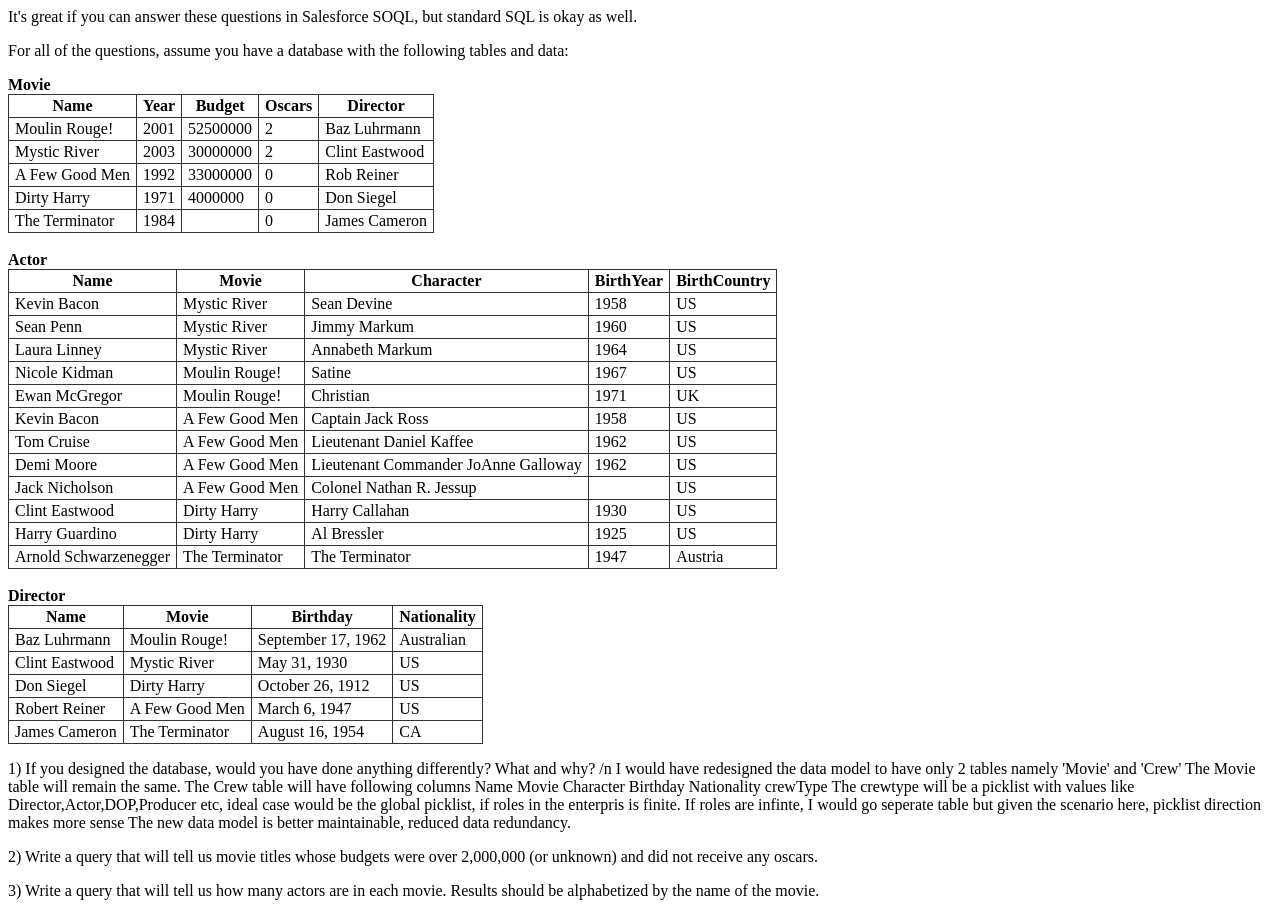
Repository: akhil33/AFFRM
Page: AFFIRM-NON-SFDC/Database.html
An editor plug-in stored every save of this project. The page is shown before and after the next save, followed by the edit.
The browser window is 1280 px wide. The pictures show the whole page.

Above is the page before, as saved 2022-04-07 16:20:29.

### AFFIRM-NON-SFDC/Database.html
<html>
	<head>
		<style type="text/css">
			table { border-collapse: collapse; border: solid 1px black; }
			td, th { border: solid 1px #333; padding: 2px 6px; }
		</style>
	</head>

	<body>
		<p>It's great if you can answer these questions in Salesforce SOQL, but standard SQL is okay as well.</p>

		<p>For all of the questions, assume you have a database with the following tables and data:</p>

		<b>Movie</b>
		<table>
			<tr>
				<th>Name</th>
				<th>Year</th>
				<th>Budget</th>
				<th>Oscars</th>
				<th>Director</th>
			</tr>
			<tr>
				<td>Moulin Rouge!</td>
				<td>2001</td>
				<td>52500000</td>
				<td>2</td>
				<td>Baz Luhrmann</td>
			</tr>
			<tr>
				<td>Mystic River</td>
				<td>2003</td>
				<td>30000000</td>
				<td>2</td>
				<td>Clint Eastwood</td>
			</tr>
			<tr>
				<td>A Few Good Men</td>
				<td>1992</td>
				<td>33000000</td>
				<td>0</td>
				<td>Rob Reiner</td>
			</tr>
			<tr>
				<td>Dirty Harry</td>
				<td>1971</td>
				<td>4000000</td>
				<td>0</td>
				<td>Don Siegel</td>
			</tr>
			<tr>
				<td>The Terminator</td>
				<td>1984</td>
				<td></td>
				<td>0</td>
				<td>James Cameron</td>
			</tr>
		</table>

		<br/>
		<b>Actor</b>
		<table>
			<tr>
				<th>Name</th>
				<th>Movie</th>
				<th>Character</th>
				<th>BirthYear</th>
				<th>BirthCountry</th>
			</tr>
			<tr>
				<td>Kevin Bacon</td>
				<td>Mystic River</td>
				<td>Sean Devine</td>
				<td>1958</td>
				<td>US</td>
			</tr>
			<tr>
				<td>Sean Penn</td>
				<td>Mystic River</td>
				<td>Jimmy Markum</td>
				<td>1960</td>
				<td>US</td>
			</tr>
			<tr>
				<td>Laura Linney</td>
				<td>Mystic River</td>
				<td>Annabeth Markum</td>
				<td>1964</td>
				<td>US</td>
			</tr>
			<tr>
				<td>Nicole Kidman</td>
				<td>Moulin Rouge!</td>
				<td>Satine</td>
				<td>1967</td>
				<td>US</td>
			</tr>
			<tr>
				<td>Ewan McGregor</td>
				<td>Moulin Rouge!</td>
				<td>Christian</td>
				<td>1971</td>
				<td>UK</td>
			</tr>
			<tr>
				<td>Kevin Bacon</td>
				<td>A Few Good Men</td>
				<td>Captain Jack Ross</td>
				<td>1958</td>
				<td>US</td>
			</tr>
			<tr>
				<td>Tom Cruise</td>
				<td>A Few Good Men</td>
				<td>Lieutenant Daniel Kaffee</td>
				<td>1962</td>
				<td>US</td>
			</tr>
			<tr>
				<td>Demi Moore</td>
				<td>A Few Good Men</td>
				<td>Lieutenant Commander JoAnne Galloway</td>
				<td>1962</td>
				<td>US</td>
			</tr>
			<tr>
				<td>Jack Nicholson</td>
				<td>A Few Good Men</td>
				<td>Colonel Nathan R. Jessup</td>
				<td></td>
				<td>US</td>
			</tr>
			<tr>
				<td>Clint Eastwood</td>
				<td>Dirty Harry</td>
				<td>Harry Callahan</td>
				<td>1930</td>
				<td>US</td>
			</tr>
			<tr>
				<td>Harry Guardino</td>
				<td>Dirty Harry</td>
				<td>Al Bressler</td>
				<td>1925</td>
				<td>US</td>
			</tr>
			<tr>
				<td>Arnold Schwarzenegger</td>
				<td>The Terminator</td>
				<td>The Terminator</td>
				<td>1947</td>
				<td>Austria</td>
			</tr>
		</table>

		<br/>
		<b>Director</b>
		<table>
			<tr>
				<th>Name</th>
				<th>Movie</th>
				<th>Birthday</th>
				<th>Nationality</th>
			</tr>
			<tr>
				<td>Baz Luhrmann</td>
				<td>Moulin Rouge!</td>
				<td>September 17, 1962</td>
				<td>Australian</td>
			</tr>
			<tr>
				<td>Clint Eastwood</td>
				<td>Mystic River</td>
				<td>May 31, 1930</td>
				<td>US</td>
			</tr>
			<tr>
				<td>Don Siegel</td>
				<td>Dirty Harry</td>
				<td>October 26, 1912</td>
				<td>US</td>
			</tr>
			<tr>
				<td>Robert Reiner</td>
				<td>A Few Good Men</td>
				<td>March 6, 1947</td>
				<td>US</td>
			</tr>
			<tr>
				<td>James Cameron</td>
				<td>The Terminator</td>
				<td>August 16, 1954</td>
				<td>CA</td>
			</tr>
		</table>


		<p>1) If you designed the database, would you have done anything differently? What and why?
			/n
			I would have redesigned the data model to have only 2 tables namely 'Movie' and 'Crew'

			The Movie table will remain the same.
			The Crew table will have following columns
				Name
				Movie
				Character
				Birthday
				Nationality
				crewType
			The crewtype will be a picklist with values like Director,Actor,DOP,Producer etc, ideal case would be the global picklist, if roles in the enterpris is finite. If roles are infinte, I would go seperate table but
			given the scenario here, picklist direction makes more sense

			The new data model is better maintainable, reduced data redundancy.

		<p>2) Write a query that will tell us movie titles whose budgets were over 2,000,000 (or unknown) and did not receive any oscars.

		<!--
			<p> select Name from Movie where Oscars = 0   // this querty will fetch the results mentioned but not a better coding style</p>
			<p> Select Name from Movie where Oscars = 0 and (Budget is null or Budget > 2000000)  // preferred.</p>
		-->

		<p>3) Write a query that will tell us how many actors are in each movie.  Results should be alphabetized by the name of the movie.</p>

		<!--
			<p> Select Movie,Count(Name) from Actor group by Movie test order by Movie asc </p>
		-->



	</body>
</html>

After the next save:
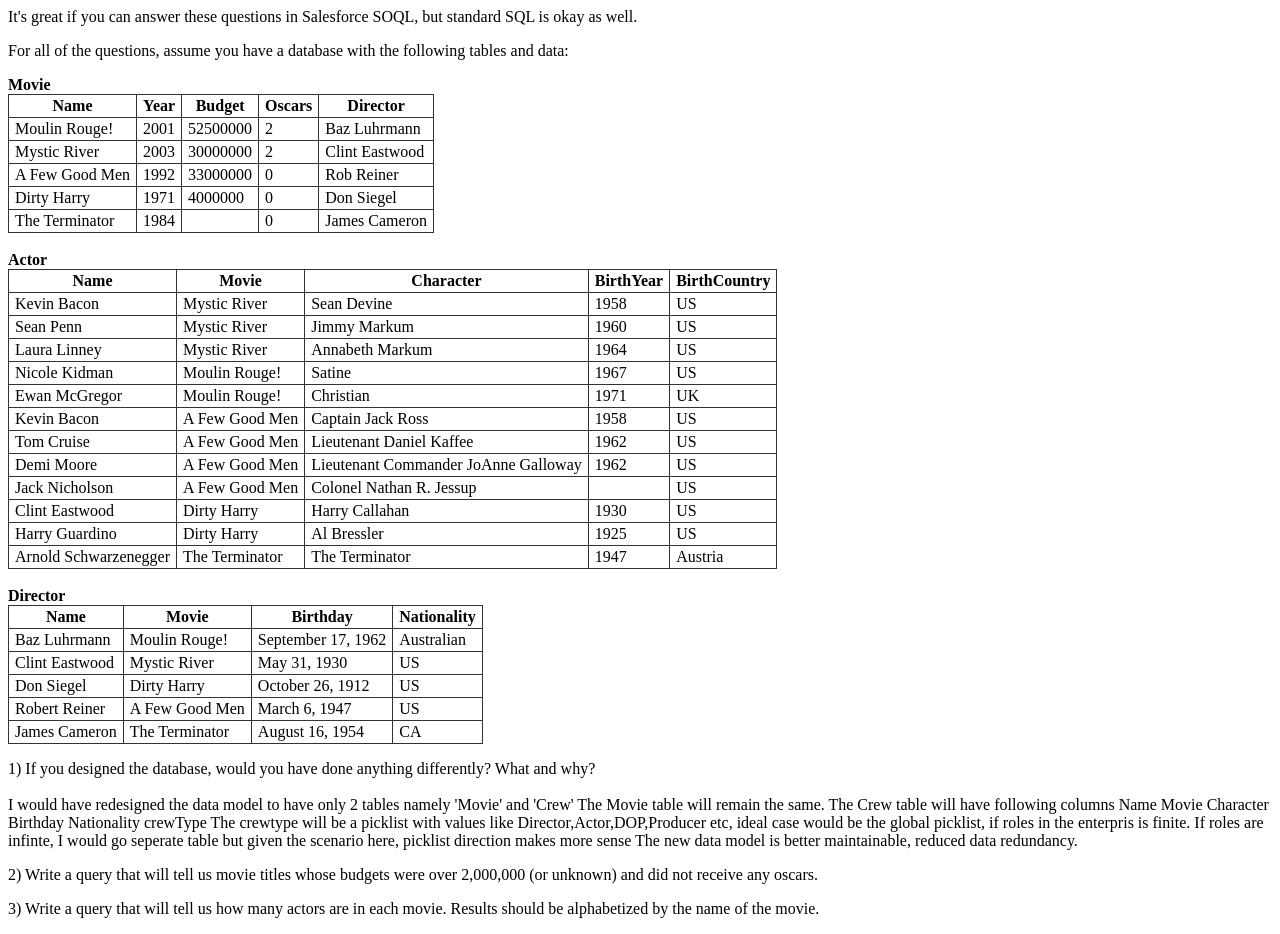
Saved 26 s later.
--- a/AFFIRM-NON-SFDC/Database.html
+++ b/AFFIRM-NON-SFDC/Database.html
@@ -196,7 +196,7 @@
 
 
 		<p>1) If you designed the database, would you have done anything differently? What and why?
-			/n
+			<br></br>
 			I would have redesigned the data model to have only 2 tables namely 'Movie' and 'Crew'
 
 			The Movie table will remain the same.
